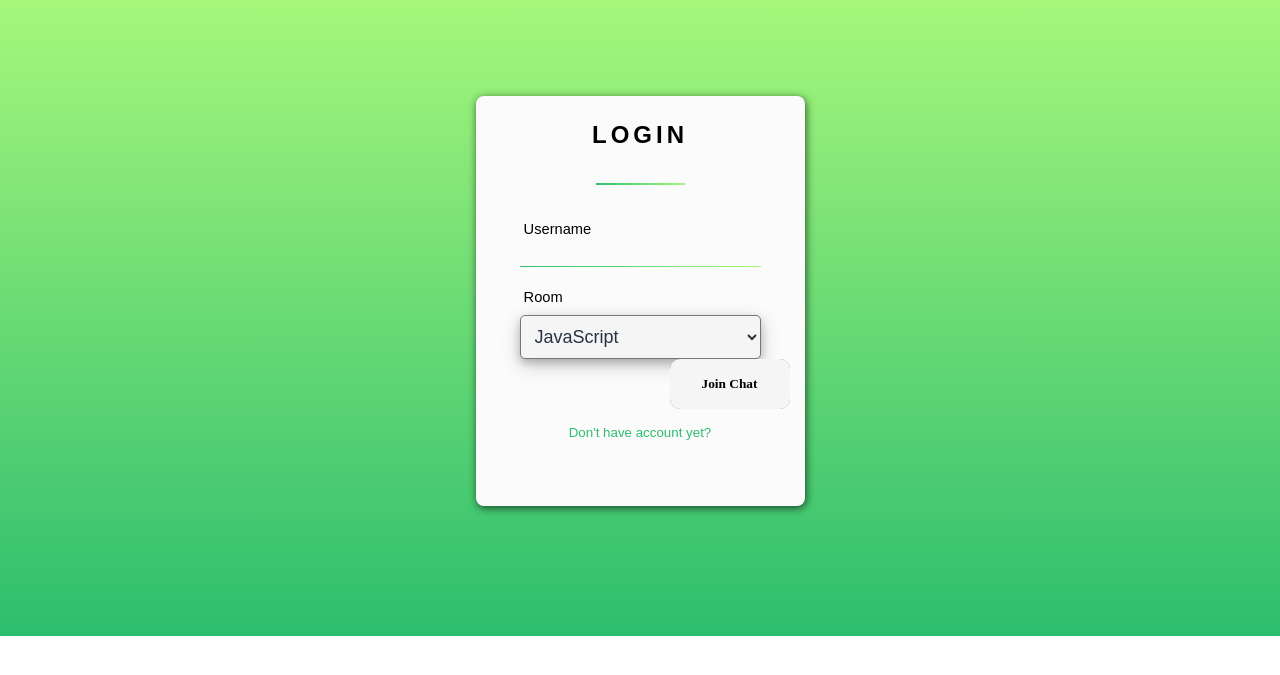
Repository: satyam12116/chat
Page: public/index.html
These files come from the project's save history. The page is drawn as it stood at one moment and after a run of saves; the edit follows.
The browser window is 1280 px wide. The pictures show the whole page.
Some web libraries are served in a nearby version.

Above is the page before, as saved 2023-03-26 11:46:08.

### public/index.html
<!DOCTYPE html>
<html lang="en">
	<head>
		<meta charset="UTF-8" />
		<meta name="viewport" content="width=device-width, initial-scale=1.0" />
		<meta http-equiv="X-UA-Compatible" content="ie=edge" />
		<link
			rel="stylesheet"
			href="https://cdnjs.cloudflare.com/ajax/libs/font-awesome/5.12.1/css/all.min.css"
			integrity="sha256-mmgLkCYLUQbXn0B1SRqzHar6dCnv9oZFPEC1g1cwlkk="
			crossorigin="anonymous"
		/>
		<link rel="stylesheet" href="css/style.css" />
		<title>ChatCord App</title>
	</head>
	<body>
		<!-- <div class="join-container">
			<header class="join-header">
				<h1><i class="fas fa-smile"></i> ChatCord</h1>
			</header>
			<main class="join-main">
				<form action="chat.html">
					<div class="form-control">
						<label for="username">Username</label>
						<input
							type="text"
							name="username"
							id="username"
							placeholder="Enter username..."
							required
						/>
					</div>
					<div class="form-control">
						<label for="room">Room</label>
						<select name="room" id="room">
							<option value="JavaScript">JavaScript</option>
							<option value="Python">Python</option>
							<option value="PHP">PHP</option>
							<option value="C#">C#</option>
							<option value="Ruby">Ruby</option>
							<option value="Java">Java</option>
						</select>
					</div>
					<button type="submit"class="glow-on-hover">Join Chat</button>
				</form>
			</main>
		</div> -->
		<div id="card">
			<div id="card-content">
			  <div id="card-title">
				<h2>LOGIN</h2>
				<div class="underline-title"></div>
			  </div>
			  <form method="post" class="form">
				<label for="user-email" style="padding-top:13px">
					&nbsp;Username
				  </label>
				<input id="user-email" class="form-content" type="email" name="email" autocomplete="on" required />
				<div class="form-border"></div>
				<label for="user-password" style="padding-top:22px">&nbsp;Room
				  </label>
				<!-- <input id="user-password" class="form-content" type="password" name="password" required /> -->
				<select name="room" id="my">
					<option value="JavaScript">JavaScript</option>
					<option value="Python">Python</option>
					<option value="PHP">PHP</option>
					<option value="C#">C#</option>
					<option value="Ruby">Ruby</option>
					<option value="Java">Java</option>
				</select>
				<!-- <div class="form-border"></div> -->
				<!-- <a href="#">
				  <legend id="forgot-pass">Forgot password?</legend>
				</a> -->
				<!-- <input id="submit-btn" type="submit" name="submit" value="Join Chat" /> -->
				<button type="submit"class="glow-on-hover">Join Chat</button>
				<a href="#" id="signup">Don't have account yet?</a>
			  </form>
			</div>
		  </div>
	</body>
</html>

### public/css/style.css
@import url('https://fonts.googleapis.com/css?family=Roboto&display=swap');

:root {
	--dark-color-a: #667aff;
	--dark-color-b: #7386ff;
	--light-color: #e6e9ff;
	--success-color: #5cb85c;
	--error-color: #d9534f;
}

* {
	box-sizing: border-box;
	margin: 0;
	padding: 0;
}

body {
	font-family: 'Roboto', sans-serif;
	font-size: 16px;
	background: var(--light-color);
	margin: 20px;
}

ul {
	list-style: none;
}

a {
	text-decoration: none;
}

.btn {
	cursor: pointer;
	padding: 5px 15px;
	background: var(--light-color);
	color: var(--dark-color-a);
	border: 0;
	font-size: 17px;
}

/* Chat Page */

.chat-container {
	max-width: 1100px;
	background: #fff;
	margin: 30px auto;
	overflow: hidden;
}

.chat-header {
	background: var(--dark-color-a);
	color: #fff;
	border-top-left-radius: 5px;
	border-top-right-radius: 5px;
	padding: 15px;
	display: flex;
	align-items: center;
	justify-content: space-between;
}

.chat-main {
	display: grid;
	grid-template-columns: 1fr 3fr;
}

.chat-sidebar {
	background: var(--dark-color-b);
	color: #fff;
	padding: 20px 20px 60px;
	overflow-y: scroll;
}

.chat-sidebar h2 {
	font-size: 20px;
	background: rgba(0, 0, 0, 0.1);
	padding: 10px;
	margin-bottom: 20px;
}

.chat-sidebar h3 {
	margin-bottom: 15px;
}

.chat-sidebar ul li {
	padding: 10px 0;
}

.chat-messages {
	padding: 30px;
	max-height: 500px;
	overflow-y: scroll;
}

.chat-messages .message {
	padding: 10px;
	margin-bottom: 15px;
	background-color: var(--light-color);
	border-radius: 5px;
	overflow-wrap: break-word;
}

.chat-messages .message .meta {
	font-size: 15px;
	font-weight: bold;
	color: var(--dark-color-b);
	opacity: 0.7;
	margin-bottom: 7px;
}

.chat-messages .message .meta span {
	color: #777;
}

.chat-form-container {
	padding: 20px 30px;
	background-color: var(--dark-color-a);
}

.chat-form-container form {
	display: flex;
}

.chat-form-container input[type='text'] {
	font-size: 16px;
	padding: 5px;
	height: 40px;
	flex: 1;
}

/* Join Page */
.join-container {
	max-width: 500px;
	margin: 80px auto;
	color: #fff;
}

.join-header {
	text-align: center;
	padding: 20px;
	background: var(--dark-color-a);
	border-top-left-radius: 5px;
	border-top-right-radius: 5px;
}

.join-main {
	padding: 30px 40px;
	background: var(--dark-color-b);
}

.join-main p {
	margin-bottom: 20px;
}

.join-main .form-control {
	margin-bottom: 20px;
}

.join-main label {
	display: block;
	margin-bottom: 5px;
}

.join-main input[type='text'] {
	font-size: 16px;
	padding: 5px;
	height: 40px;
	width: 100%;
}

.join-main select {
	font-size: 16px;
	padding: 5px;
	height: 40px;
	width: 100%;
}

.join-main .btn {
	margin-top: 20px;
	width: 100%;
}

@media (max-width: 700px) {
	.chat-main {
		display: block;
	}

	.chat-sidebar {
		display: none;
	}
}

.glow-on-hover {
	margin-left:150px;
	font-family: cursive;
	font-weight: bold;
    width: 120px;
    height: 50px;
    border: none;
    outline: none;
    color: black;
    background:rgb(211, 84, 84);
    cursor: pointer;
    position: relative;
    z-index: 0;
    border-radius: 10px;
}

.glow-on-hover:before {
    content: '';
    background: linear-gradient(45deg, #ff0000, #ff7300, #fffb00, #48ff00, #00ffd5, #002bff, #7a00ff, #ff00c8, #ff0000);
    position: absolute;
    top: -2px;
    left:-2px;
    background-size: 400%;
    z-index: -1;
    filter: blur(5px);
    width: calc(100% + 4px);
    height: calc(100% + 4px);
    animation: glowing 20s linear infinite;
    opacity: 0;
    transition: opacity .3s ease-in-out;
    border-radius: 10px;
}

.glow-on-hover:active {
    color:whitesmoke;
}

.glow-on-hover:active:after {
    background: transparent;
}

.glow-on-hover:hover:before {
    opacity: 1;
}

.glow-on-hover:after {
    z-index: -1;
    content: '';
    position: absolute;
    width: 100%;
    height: 100%;
    background: whitesmoke;
    left: 0;
    top: 0;
    border-radius: 10px;
}

@keyframes glowing {
    0% { background-position: 0 0; }
    50% { background-position: 400% 0; }
    100% { background-position: 0 0; }
}
a {
	text-decoration: none;
  }
  body {
	background: -webkit-linear-gradient(bottom, #2dbd6e, #a6f77b);
	background-repeat: no-repeat;
  }
  label {
	font-family: "Raleway", sans-serif;
	font-size: 11pt;
  }
  #forgot-pass {
	color: #2dbd6e;
	font-family: "Raleway", sans-serif;
	font-size: 10pt;
	margin-top: 3px;
	text-align: right;
  }
  #card {
	background: #fbfbfb;
	border-radius: 8px;
	box-shadow: 1px 2px 8px rgba(0, 0, 0, 0.65);
	height: 410px;
	margin: 6rem auto 8.1rem auto;
	width: 329px;
  }
  #card-content {
	padding: 12px 44px;
  }
  #card-title {
	font-family: "Raleway Thin", sans-serif;
	letter-spacing: 4px;
	padding-bottom: 23px;
	padding-top: 13px;
	text-align: center;
  }
  #signup {
	color: #2dbd6e;
	font-family: "Raleway", sans-serif;
	font-size: 10pt;
	margin-top: 16px;
	text-align: center;
  }
  #submit-btn {
	background: -webkit-linear-gradient(right, #a6f77b, #2dbd6e);
	border: none;
	border-radius: 21px;
	box-shadow: 0px 1px 8px #24c64f;
	cursor: pointer;
	color: white;
	font-family: "Raleway SemiBold", sans-serif;
	height: 42.3px;
	margin: 0 auto;
	margin-top: 50px;
	transition: 0.25s;
	width: 153px;
  }
  #submit-btn:hover {
	box-shadow: 0px 1px 18px #24c64f;
  }
  .form {
	align-items: left;
	display: flex;
	flex-direction: column;
  }
  .form-border {
	background: -webkit-linear-gradient(right, #a6f77b, #2ec06f);
	height: 1px;
	width: 100%;
  }
  .form-content {
	background: #fbfbfb;
	border: none;
	outline: none;
	padding-top: 14px;
  }
  .underline-title {
	background: -webkit-linear-gradient(right, #a6f77b, #2ec06f);
	height: 2px;
	margin: 2.1rem auto 0 auto;
	width: 89px;
  }
  #my{
	margin-top: 10px;
	font-family: 'Ubuntu', sans-serif;
	position: relative;
	display: block;
	width: 100%;
	padding: 10px;
	font-size: 18px;
	font-weight: 300;
	color: #273342;
	line-height: 30px;
	background: #f5f5f5;
	border-radius: 5px;
	cursor: pointer;
	box-shadow: 0 4px 8px 0 rgba(0,0,0,0.2),0 6px 20px 0 rgba(0,0,0,0.19);
  }

After the next 2 saves:
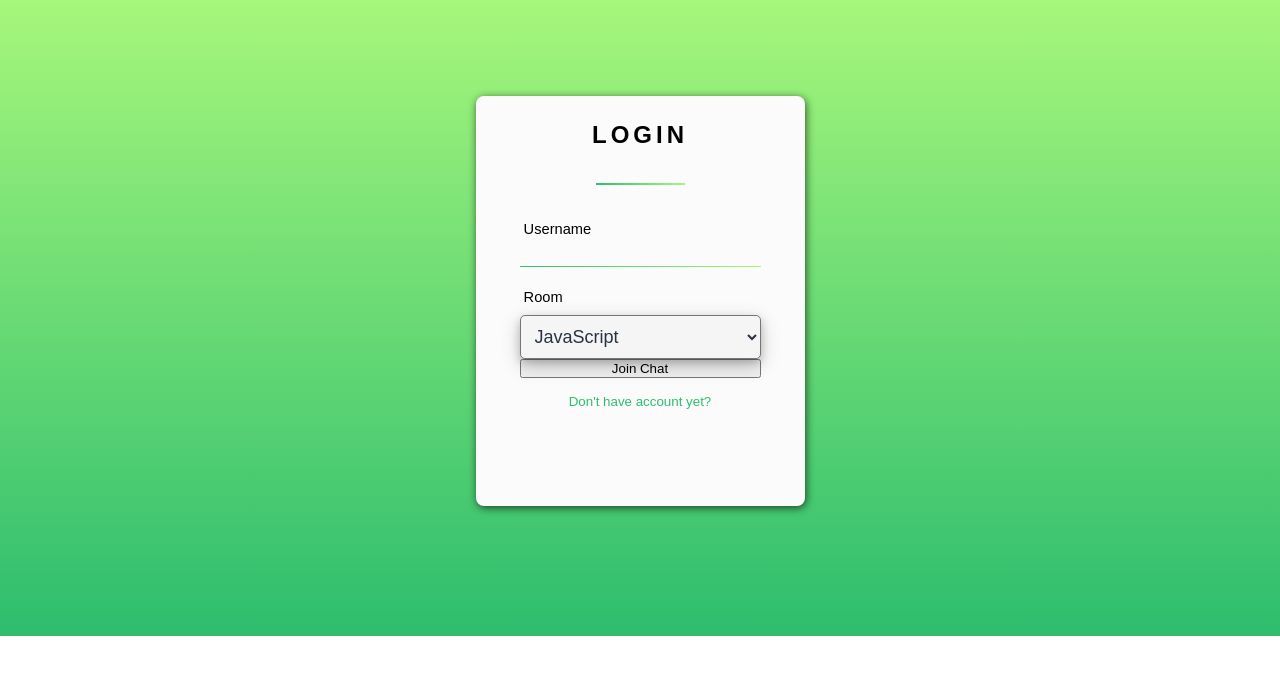
The 2 saves are shown as one change because they came seconds apart.
The last was saved 10 s later.
--- a/public/index.html
+++ b/public/index.html
@@ -73,7 +73,7 @@
 				  <legend id="forgot-pass">Forgot password?</legend>
 				</a> -->
 				<!-- <input id="submit-btn" type="submit" name="submit" value="Join Chat" /> -->
-				<button type="submit"class="glow-on-hover">Join Chat</button>
+				<button type="submit" id="">Join Chat</button>
 				<a href="#" id="signup">Don't have account yet?</a>
 			  </form>
 			</div>
